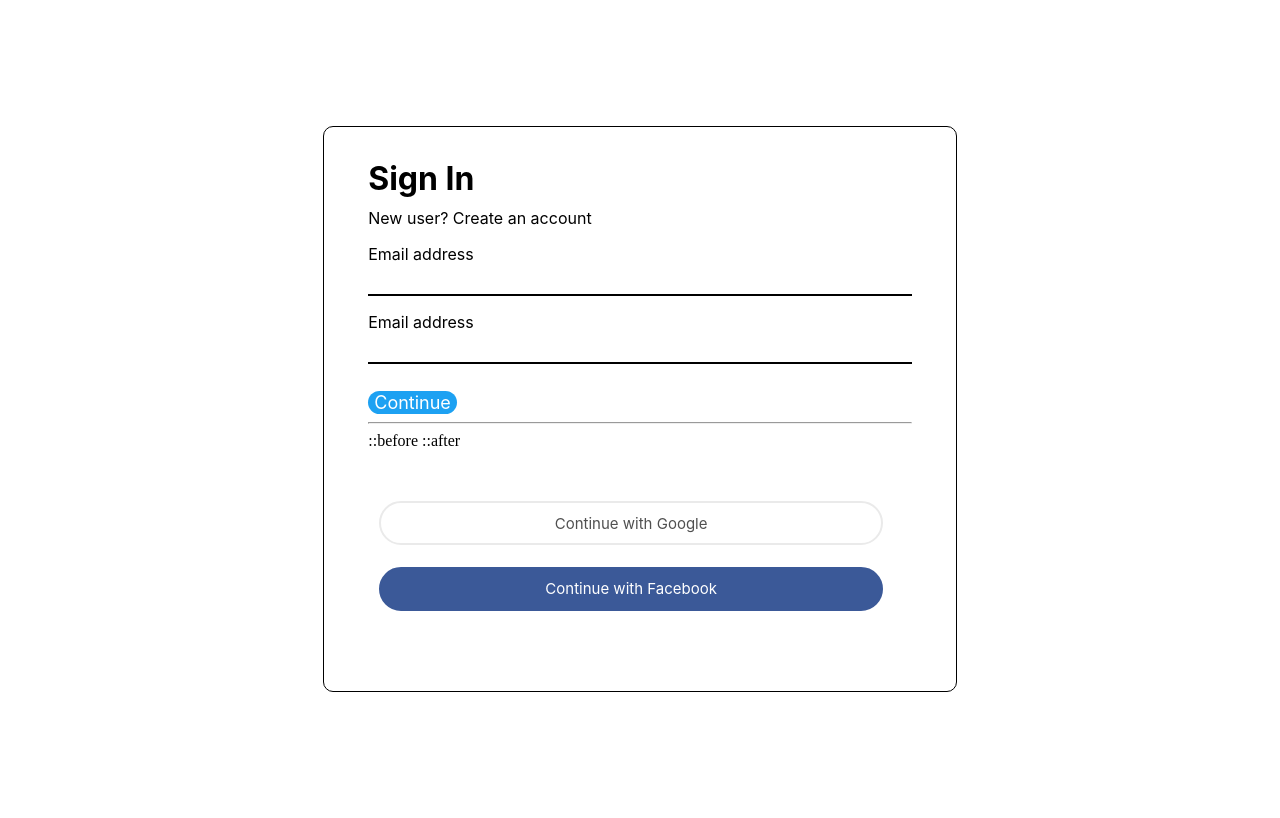
Repository: thangluu93/WereWolf
Page: Template/signIn.html
An editor plug-in stored every save of this project. The page is shown before and after the next save, followed by the edit.
The browser window is 1280 px wide. The pictures show the whole page.

Above is the page before, as saved 2020-01-13 14:06:39.

### Template/signIn.html
<html>

<head>
    <title>Onion ID</title>
    <link rel="stylesheet" href="../Stylesheet/signInStyle.css">
</head>

<body id="body1">
    <div class="container" id="container1">
        <div class="containerBody" id="containerBody1">
            <div class="border" id="border1">
                <div class="content" id="content1">
                    <div class="contentHeader">
                        <h1 class="Heading">Sign In</h1>
                        <p class="subHead">New user? Create an account</p>
                    </div>
                    <div >
                        <div class="fieldContainer" >
                            <div >
                                <p style="margin-bottom: 0;"> Email address </p>
                                <input type="email" class="field">
                            </div>
                            <div >
                                <p style="margin-bottom: 0;"> Email address </p>
                                <input type="email" class="field">
                            </div>
                        </div>
                        <div class="emailContinue">
                            <button class="emailContinueBtn ">
                                <span>Continue</span>
                            </button>
                        </div>
                    </div>
                    <div class="contentFooter">
                        <hr data-content="or">
                        ::before
                        ::after
                        </hr>
                        <div class="socialSignIn" id="socialSignIn1">
                            <a href="" class="googleSignIn">
                                <!-- <svg viewBox="0 0 1152 1152" focusable="false" aria-hidden="true" role="img"
                                class="googleIconSvg">
                                <path
                                    d="M1055.994 594.42a559.973 559.973 0 0 0-8.86-99.684h-458.99V683.25h262.28c-11.298 60.918-45.633 112.532-97.248 147.089v122.279h157.501c92.152-84.842 145.317-209.78 145.317-358.198z"
                                    fill="#4285f4"></path>
                                <path
                                    d="M588.144 1070.688c131.583 0 241.9-43.64 322.533-118.07l-157.5-122.28c-43.64 29.241-99.463 46.52-165.033 46.52-126.931 0-234.368-85.728-272.691-200.919H152.636v126.267c80.19 159.273 245 268.482 435.508 268.482z"
                                    fill="#34a853"></path>
                                <path
                                    d="M315.453 675.94a288.113 288.113 0 0 1 0-185.191V364.482H152.636a487.96 487.96 0 0 0 0 437.724z"
                                    fill="#fbbc05"></path>
                                <path
                                    d="M588.144 289.83c71.551 0 135.792 24.589 186.298 72.88l139.78-139.779C829.821 144.291 719.504 96 588.143 96c-190.507 0-355.318 109.21-435.508 268.482L315.453 490.75c38.323-115.19 145.76-200.919 272.691-200.919z"
                                    fill="#ea4335"></path>
                            </svg> -->
                                <span>Continue with Google</span>
                            </a>
                            <a href="" class="facebookSignIn">
                                <!-- <svg viewBox="0 0 1152 1152" class="facebookIconSvg" aria-hidden="true" data-prefix="fab" data-icon="facebook-f"
                                role="img" xmlns="http://www.w3.org/2000/svg" viewBox="0 0 264 512" data-fa-i2svg="">
                                <path fill="currentColor"
                                    d="M76.7 512V283H0v-91h76.7v-71.7C76.7 42.4 124.3 0 193.8 0c33.3 0 61.9 2.5 70.2 3.6V85h-48.2c-37.8 0-45.1 18-45.1 44.3V192H256l-11.7 91h-73.6v229">
                                </path>
                            </svg> -->
                                <span>Continue with Facebook</span>

                            </a>

                        </div>
                    </div>
                </div>

            </div>
        </div>
    </div>
</body>

</html>

### Stylesheet/signInStyle.css
.containerBody{
    margin: 0;
    padding: 0;
    width: 100%;
}

#containerBody1{
  width: 100%;

}

#content1{

    display: flex;
    flex-direction: column;


}

.content{
    height: 90%;
    padding: 5% 7% 7% 7%;
}

.border{
    width: 50%;
    height: 80%;
}

#border1{
    border: 1px solid black;
    border-radius: 10px;   ;

    margin: 10% auto;
    justify-content: center;
    align-items: center;

}

.socialSignIn a{
    margin: 2%;
    width: 92%;
    height: 2.5rem;
    display: flex;
    align-items: center;
    justify-content: center;
    font-size: 15px;
}

.socialSignIn{
    margin-top: 2.5rem;
}

#socialSignIn1{
    display: flex;
    flex-direction: column;
}

.googleSignIn,.facebookSignIn,.twitterSignIn{
    border: 2px;
    border-style: solid;
    border-radius: 100px;
}

.subHead{
    margin: 10px 0 0 0;
}

.heading{
    margin: 0;
}

p {
    font-family: adobe-clean,"Source Sans Pro",-apple-system,BlinkMacSystemFont,"Segoe UI",Roboto,sans-serif;
}

h1{
    font-family: adobe-clean,"Source Sans Pro",-apple-system,BlinkMacSystemFont,"Segoe UI",Roboto,sans-serif;
    font-size: 32px;
}

span{
    font-family: adobe-clean,"Source Sans Pro",-apple-system,BlinkMacSystemFont,"Segoe UI",Roboto,sans-serif;
}

a{
    text-decoration: none;
}

.field{
    width: 100%;
    height: 2rem;
    margin:0;
    border-color: black;
    border-top: 0;
    border-left: 0;
    border-right: 0;
    border-bottom: 2px;
    border-style: solid;
    font-size: 16px;
    outline: none;
}

.fieldContainer{
    margin: 2% 0 5% 0;
}

.emailContinueBtn{
    border-radius: 100px;
    font-size: 18px;
    height: fit-content;
    width: fit-content;
    box-shadow: none;
    background-color: #1da1f2;
    color: white;
    border: none;
    outline: none;
}

.googleSignIn{
    border-color: #eaeaea;
    color: #505050;
}

.facebookSignIn{
    border-color:#3b5998;
    background-color: #3b5998;
    color: white;
}

.twitterSignIn{
    color: white;
    border-color: #1da1f2;
    background-color: #1da1f2;
}

After the next save:
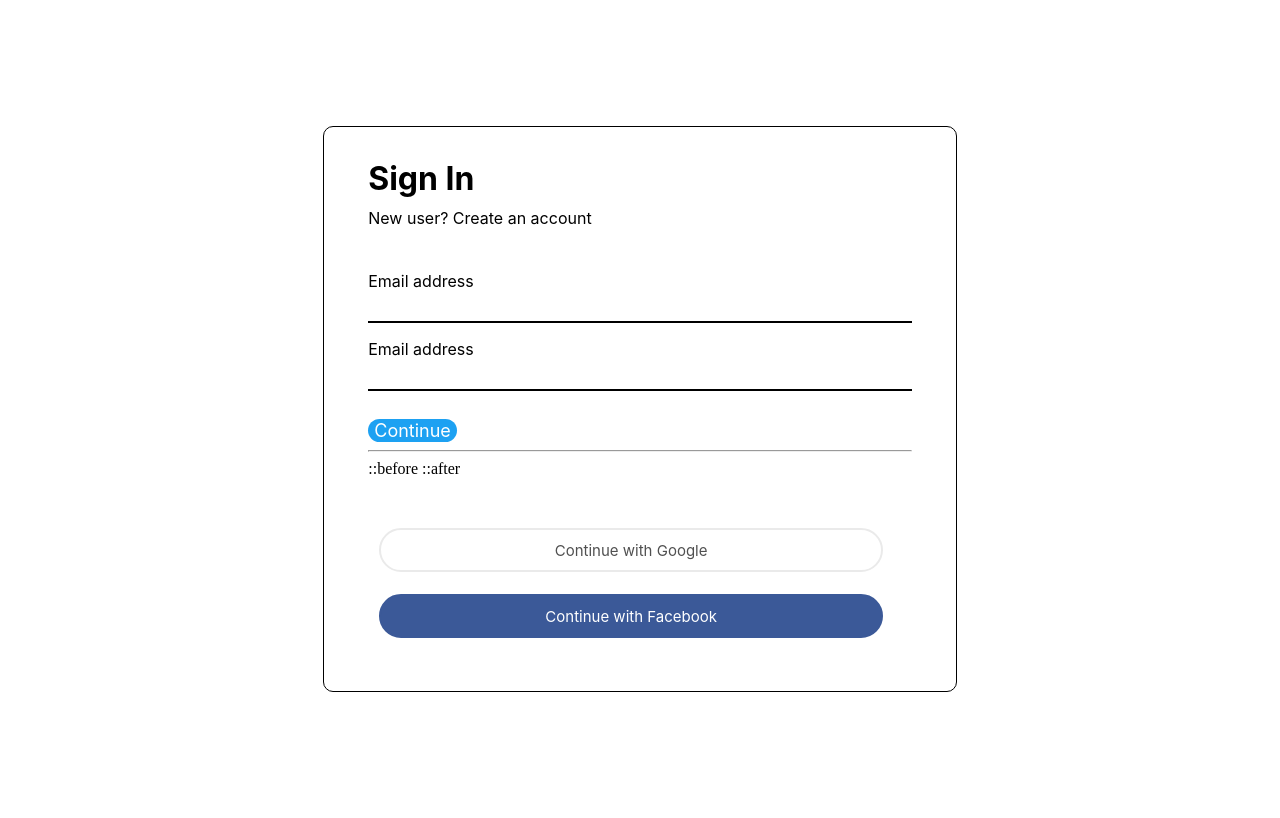
Saved 32 s later.
--- a/Stylesheet/signInStyle.css
+++ b/Stylesheet/signInStyle.css
@@ -102,7 +102,7 @@ a{
 }
 
 .fieldContainer{
-    margin: 2% 0 5% 0;
+    margin: 8% 0 5% 0;
 }
 
 .emailContinueBtn{
